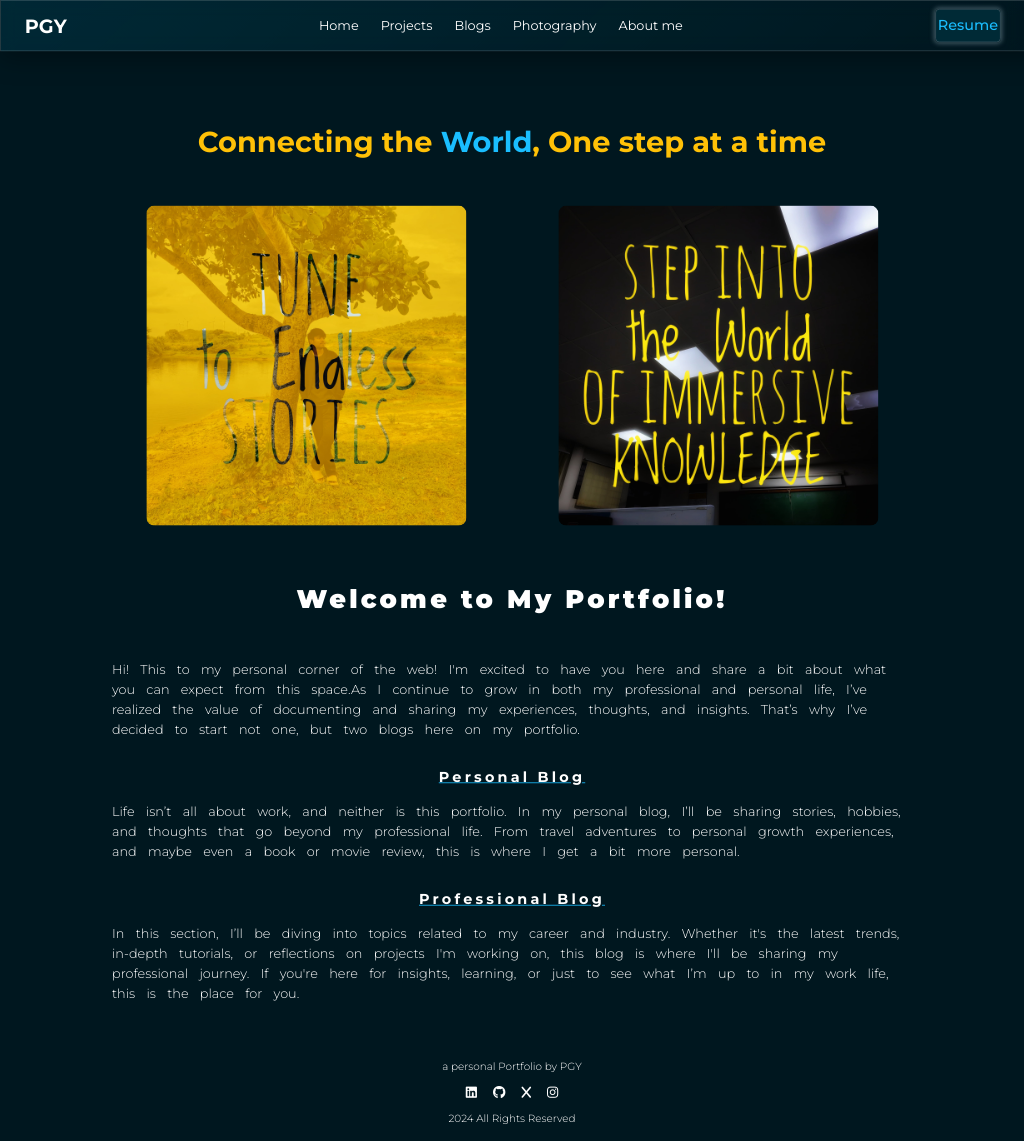
Repository: pgyunknown/pgyunknown
Page: blog.html
The author's editor kept a copy of each file at every save. The page is drawn from the files as they stood at one save, then again after the next save.
The browser window is 1280 px wide. The pictures show the whole page, at 80% of full size.
Some web libraries are served in a nearby version.

Above is the page before, as saved 2024-08-15 18:40:37.

### blog.html
<!DOCTYPE html>
<html lang="en">
<head>
    <meta charset="UTF-8">
    <meta name="viewport" content="width=device-width, initial-scale=1.0">
    <title>Porfolio-Blog</title>
    <link rel="stylesheet" href="blog.css">
    <link rel="preconnect" href="https://fonts.googleapis.com">
<link rel="preconnect" href="https://fonts.gstatic.com" crossorigin>
<link href="https://fonts.googleapis.com/css2?family=Libre+Baskerville:ital,wght@0,400;0,700;1,400&family=Montserrat:ital,wght@0,100..900;1,100..900&family=Titillium+Web:ital,wght@0,200;0,300;0,400;0,600;0,700;0,900;1,200;1,300;1,400;1,600;1,700&display=swap" rel="stylesheet">
<link rel="stylesheet" href="https://cdnjs.cloudflare.com/ajax/libs/font-awesome/6.6.0/css/all.min.css" integrity="sha512-Kc323vGBEqzTmouAECnVceyQqyqdsSiqLQISBL29aUW4U/M7pSPA/gEUZQqv1cwx4OnYxTxve5UMg5GT6L4JJg==" crossorigin="anonymous" referrerpolicy="no-referrer" />
</head>
<body>
    <header>
        <div class="pgy_con">
                <div class="pgy"><a href="#">PGY</a></div>
        </div>
        <nav>
                <div class="nav_bar">
                <a href="index.html" id="home">Home</a>
                <a href="#"id="projects">Projects</a>
                <a href="blog.html"id="blogs">Blogs</a>
                <a href="#"id="photo">Photography</a>
                <a href="#"id="About">About me</a>
                </div>
            </nav>
        <div class="resume_con">
                <button>Resume</button>
        </div>
    </header>
        <main>
            <div class="heading"><h1>Connecting the <span>World</span>, One step at a time</h1></div>
        <div class="contianer">
        <div ><img src="imgs/personal.jpg" alt=""></div>
        <div ><img src="imgs/professional.jpg" alt=""></div>
        </div>
        <div class="blog_intro">
        <article >
            <h1>Welcome to My Portfolio!</h1><br><br>
<p>Hi! This to my personal corner of the web! I'm excited to have you here and share a bit about what you can expect from this space.As I continue to grow in both my professional and personal life, I’ve realized the value of documenting and sharing my experiences, thoughts, and insights. That’s why I’ve decided to start not one, but two blogs here on my portfolio.</p><br><br>


<h3><b><a href="personal_blog">Personal Blog</a></b> </h3>
<p>Life isn’t all about work, and neither is this portfolio. In my personal blog, I’ll be sharing stories, hobbies, and thoughts that go beyond my professional life. From travel adventures to personal growth experiences, and maybe even a book or movie review, this is where I get a bit more personal.</p><br><br>

<h3><b><a href="professional_blog">Professional Blog</b></a></h3>
<p>In this section, I’ll be diving into topics related to my career and industry. Whether it's the latest trends, in-depth tutorials, or reflections on projects I'm working on, this blog is where I'll be sharing my professional journey. If you're here for insights, learning, or just to see what I’m up to in my work life, this is the place for you.</p>
        </article>
    </div>
    </main>
        <footer>
            <div class="footer_port">a personal Portfolio by PGY</div>
            <div class="footer_icons">
            <a href="https://www.linkedin.com/in/p-gokul-yadav-82548a295?utm_source=share&utm_campaign=share_via&utm_content=profile&utm_medium=android_app" alt="Gokul's linkedin profile" target="_blank"><i class="fa-brands fa-linkedin"></i></a>
            <a href="https://github.com/pgyunknown" alt="Gokul Github profile" target="_blank"><i class="fa-brands fa-github"></i></a>
            <a href="#"><i class="fa-brands fa-x" target="_blank"></i></a>
            <a href="#"><i class="fa-brands fa-instagram" target="_blank"></i></a>
        </div>
        <div class="copyrights">2024 All Rights Reserved</div>
    </footer>

</body>
</html>

### blog.css
*{margin: 0px;
    padding: 0px;
}
body{
    background-color: #00171F;
    color: white;
    box-sizing: border-box;


}
a{
    text-decoration: none;
    color: inherit;
}

header{
    display: flex;
    justify-content: space-between;
    align-items: center;
    padding: 10px;
    /* Glassy effect */
    background: linear-gradient(135deg, rgba(0, 200, 255, 0.1), rgba(255, 255, 255, 0));
    backdrop-filter: blur(10px);
    -webkit-backdrop-filter: blur(10px);
    border:1px solid rgba(255, 255, 255, 0.18);
    box-shadow: 0 8px 32px 0 rgba(0, 0, 0, 0.37);

    overflow: hidden;
    position: fixed; /* Set the navbar to fixed position */
    top: 0; /* Position the navbar at the top of the page */
    width: 100%;
}

.pgy_con
{
    margin-left: 20px;
    font-family: "Montserrat", sans-serif;
    font-optical-sizing: auto;
    font-size: x-large;
    font-weight: 700;
    font-style: normal;
    align-items: end;

}

.pgy_con .pgy a{
    text-decoration: none;
}
.nav_bar {
        /* height: 50px; */
    width: 500px;
    display: flex;
    justify-content: space-evenly;

    transition-property: all;
    transition-timing-function: ease-in-out;
    transition-delay: 1s;


}

.nav_bar a{
    box-sizing: border-box;
    font-family: "Montserrat", sans-serif;
    font-optical-sizing: auto;
    font-weight: 400;
    font-style: normal
    text-decoration: none;
    justify-content: space-around;
    align-items: center;
    padding-top:10px;
    padding-bottom :10px;
}

.nav_bar a:hover{
    color: #FFC107;
    text-shadow: #FFC107 0px 0px  1px;
    border-bottom: 0.5px solid #FFC107;


}


.resume_con {
    display: flex;
    justify-content: center;
    margin-right: 20px;
    background-color: #00171F;
    margin-right: 40px;
}
.resume_con button{
    background-color:rgba(0, 200, 255, 0.1);
    box-sizing: content-box;
    height: 40px;
    width: 80px;
    font-family: "Montserrat", sans-serif;
    font-optical-sizing: auto;
    font-size: large;
    font-weight: 500;
    font-style: normal;
    color: #1ABEFF;
    border: 0.0001px solid #3c555f;
    border-radius: 5px;
    box-shadow: 0px 0px 5px 2px #3c555f;

}
main{
    display: flex;
    flex-direction: column;
    justify-content:space-around;
    align-items: center;
    padding: 70px;
    margin: 55px;
}
.heading{
    display: flex;
    margin: 30px;
    padding-bottom: 20px;
    font-family: "Montserrat", sans-serif;
    font-optical-sizing: auto;
    font-size: large;
    font-weight: 500;
    font-style: normal;
    color: #FFC107;
}

main .heading span{
    color: #1ABEFF;
}
.contianer{
    height: 400px;
    width:100%;
    padding: 10px;

    display: flex;
    justify-content: space-around;
    align-items: center;
    flex-direction: row;

}
.contianer img{
    height: 400px;
    width: 400px;
    border-radius:10px;
    /* border: 1px solid #2792bd; */
    /* box-shadow: 0px 0px 35px 1px #2792bd; */


}
main article{
    padding-top:20px;
}

.blog_intro{
    padding: 40px;
    width: 1050px;
    height: 450px;
}

.blog_intro h1{
    letter-spacing: 4px;
    text-align: center;
    font-family: "Montserrat", sans-serif;
    font-optical-sizing: auto;
    font-size: xx-large;
    font-weight: 900;
    font-style: normal;
}
.blog_intro h3{
    text-align: center;
    font-family: "Montserrat", sans-serif;
    font-optical-sizing: auto;
    font-size: large;
    font-weight: 500;
    font-style: normal;
    letter-spacing: 4px;
  text-decoration: underline;
  text-decoration-color: #1ABEFF;
}
.blog_intro p{
    padding-top: 20px;
    font-family: "Montserrat", sans-serif;
    font-optical-sizing: auto;
    font-optical-sizing: ;
    font-size: medium;
    font-weight: 300;
    font-style: normal;

    word-spacing: 10px;
    line-height: 25px;
}



footer{
    display: flex;
    flex-direction:column;
    justify-content: space-evenly;
    align-items: center;
    margin-bottom: 20px;
    font-family: "Montserrat", sans-serif;
    font-optical-sizing: auto;
    font-size: small;
    font-weight: 300;
    font-style: normal;
}

.footer_icons{
    display: flex;
    justify-content: center;
    align-items: center;
    width: 50px;
    height: 50px;
}



.copyrights{
    display: flex;
    justify-content: center;
    align-items: center;
}

.footer_icons a{
font-size: medium;
padding: 10px;
width: 50px;
height: 50px;
display: flex;
justify-content: center;
align-items: center;
}

*{margin: 0px;
    padding: 0px;
}
body{
    background-color: #00171F;
    color: white;
    box-sizing: border-box;


}
a{
    text-decoration: none;
    color: inherit;
}

header{
    display: flex;
    justify-content: space-between;
    align-items: center;
    padding: 10px;
    /* Glassy effect */
    background: linear-gradient(135deg, rgba(0, 200, 255, 0.1), rgba(255, 255, 255, 0));
    backdrop-filter: blur(10px);
    -webkit-backdrop-filter: blur(10px);
    border:1px solid rgba(255, 255, 255, 0.18);
    box-shadow: 0 8px 32px 0 rgba(0, 0, 0, 0.37);

    overflow: hidden;
    position: fixed; /* Set the navbar to fixed position */
    top: 0; /* Position the navbar at the top of the page */
    width: 100%;
}

.pgy_con
{
    margin-left: 20px;
    font-family: "Montserrat", sans-serif;
    font-optical-sizing: auto;
    font-size: x-large;
    font-weight: 700;
    font-style: normal;
    align-items: end;

}

.pgy_con .pgy a{
    text-decoration: none;
}
.nav_bar {
        /* height: 50px; */
    width: 500px;
    display: flex;
    justify-content: space-evenly;

    transition-property: all;
    transition-timing-function: ease-in-out;
    transition-delay: 1s;


}

.nav_bar a{
    box-sizing: border-box;
    font-family: "Montserrat", sans-serif;
    font-optical-sizing: auto;
    font-weight: 400;
    font-style: normal
    text-decoration: none;
    justify-content: space-around;
    align-items: center;
    padding: 5px ;
}

.nav_bar a:hover{
    color: #FFC107;
    text-shadow: #FFC107 0px 0px  1px;
    border-bottom: 0.5px solid #FFC107;


}


.resume_con {
    display: flex;
    justify-content: center;
    margin-right: 20px;
    background-color: #00171F;
    margin-right: 40px;
}
.resume_con button{
    background-color:rgba(0, 200, 255, 0.1);
    box-sizing: content-box;
    height: 40px;
    width: 80px;
    font-family: "Montserrat", sans-serif;
    font-optical-sizing: auto;
    font-size: large;
    font-weight: 500;
    font-style: normal;
    color: #1ABEFF;
    border: 0.0001px solid #3c555f;
    border-radius: 5px;
    box-shadow: 0px 0px 5px 2px #3c555f;

}
main{
    display: flex;
    flex-direction: column;
    justify-content:space-around;
    align-items: center;
    padding: 70px;
    margin: 55px;
}
.heading{
    display: flex;
    margin: 30px;
    padding-bottom: 20px;
    font-family: "Montserrat", sans-serif;
    font-optical-sizing: auto;
    font-size: large;
    font-weight: 500;
    font-style: normal;
    color: #FFC107;
}

main .heading span{
    color: #1ABEFF;
}
.contianer{
    height: 400px;
    width:100%;
    padding: 10px;

    display: flex;
    justify-content: space-around;
    align-items: center;
    flex-direction: row;

}
.contianer img{
    height: 400px;
    width: 400px;
    border-radius:10px;
    /* border: 1px solid #2792bd; */
    /* box-shadow: 0px 0px 35px 1px #2792bd; */


}
main article{
    padding-top:20px;
}

.blog_intro{
    padding: 40px;
    width: 1000px;
    height: 450px;
}

.blog_intro h1{
    letter-spacing: 4px;
    text-align: center;
    font-family: "Montserrat", sans-serif;
    font-optical-sizing: auto;
    font-size: xx-large;
    font-weight: 900;
    font-style: normal;
}
.blog_intro h3{
    padding-bottom: 5-x;
    text-align: center;
    font-family: "Montserrat", sans-serif;
    font-optical-sizing: auto;
    font-size: large;
    font-weight: 500;
    font-style: normal;
    letter-spacing: 4px;
  text-decoration: underline;
  text-decoration-color: #1ABEFF;
}
.blog_intro p{
    padding-top: 20px;
    font-family: "Montserrat", sans-serif;
    font-optical-sizing: auto;
    font-optical-sizing: ;
    font-size: medium;
    font-weight: 300;
    font-style: normal;

    word-spacing: 10px;
    line-height: 25px;
}



footer{
    display: flex;
    flex-direction:column;
    justify-content: space-evenly;
    align-items: center;
    margin-bottom: 20px;
    font-family: "Montserrat", sans-serif;
    font-optical-sizing: auto;
    font-size: small;
    font-weight: 300;
    font-style: normal;
}

.footer_icons{
    display: flex;
    justify-content: center;
    align-items: center;
    width: 50px;
    height: 50px;
}



.copyrights{
    display: flex;
    justify-content: center;
    align-items: center;
}

.footer_icons a{
font-size: medium;
padding: 10px;
width: 50px;
height: 50px;
display: flex;
justify-content: center;
align-items: center;
}

After the next save:
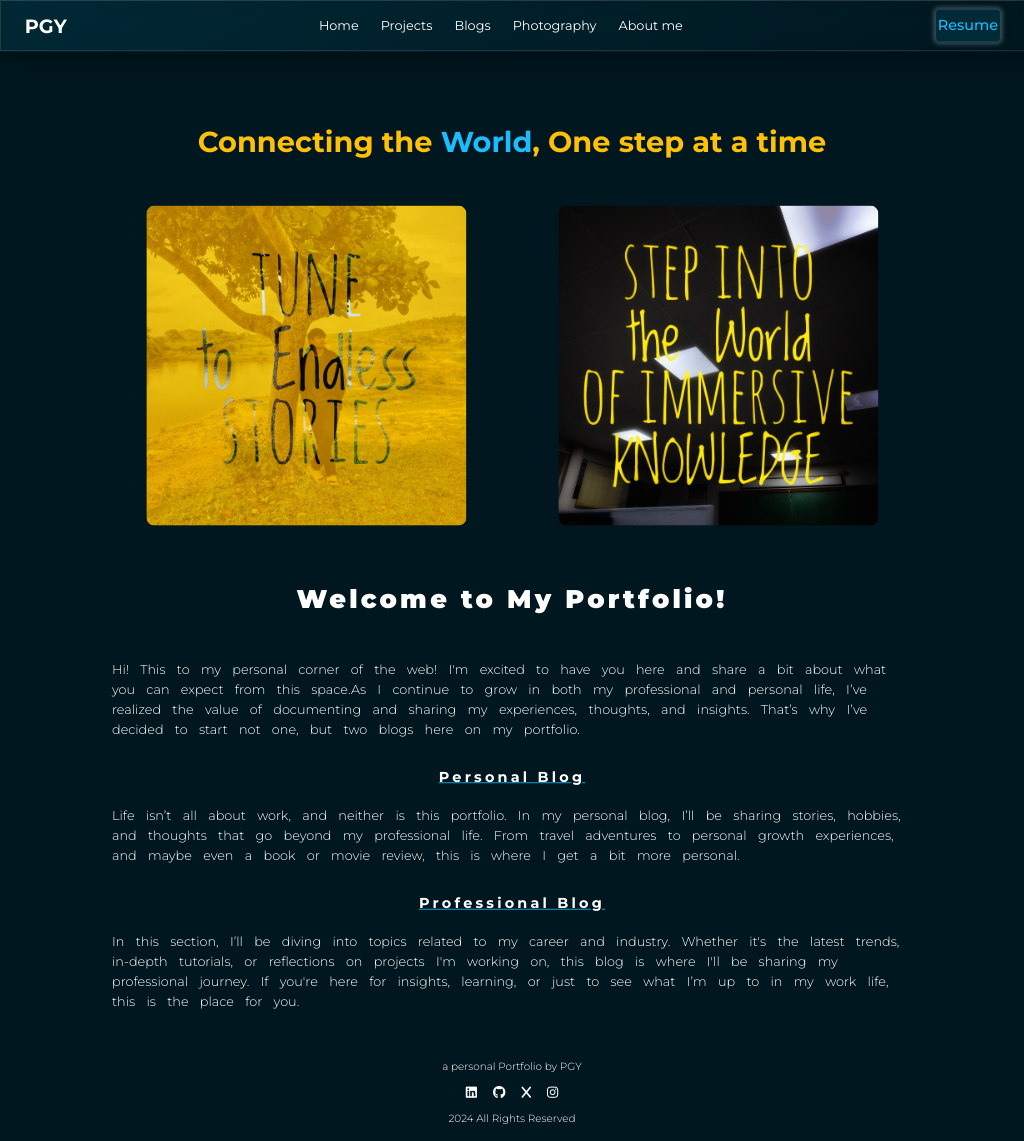
Saved 7 s later.
--- a/blog.css
+++ b/blog.css
@@ -399,7 +399,7 @@ main article{
     font-style: normal;
 }
 .blog_intro h3{
-    padding-bottom: 5-x;
+    padding-bottom: 5px;
     text-align: center;
     font-family: "Montserrat", sans-serif;
     font-optical-sizing: auto;

After the save that followed:
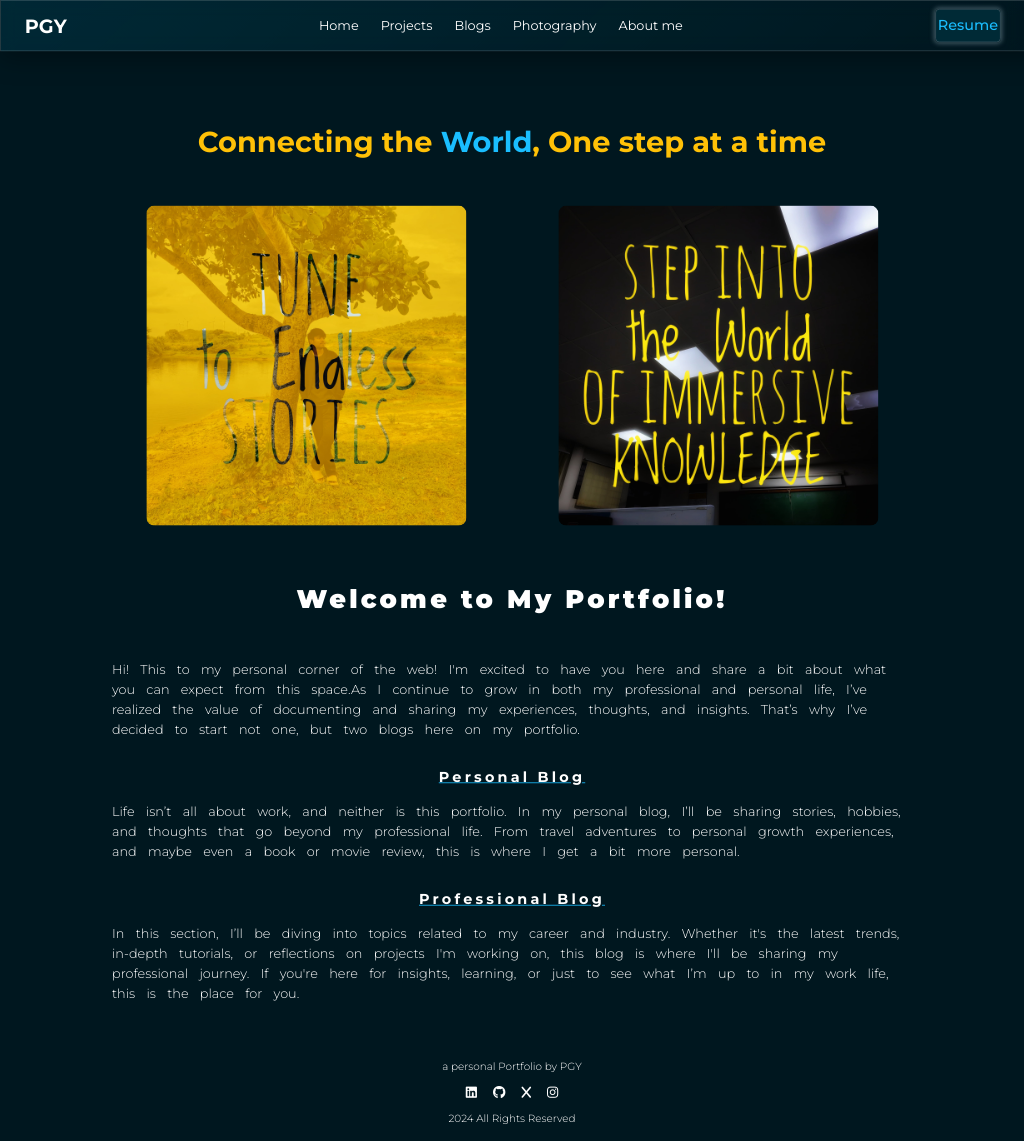
Saved 11 s later.
--- a/blog.css
+++ b/blog.css
@@ -399,7 +399,6 @@ main article{
     font-style: normal;
 }
 .blog_intro h3{
-    padding-bottom: 5px;
     text-align: center;
     font-family: "Montserrat", sans-serif;
     font-optical-sizing: auto;
